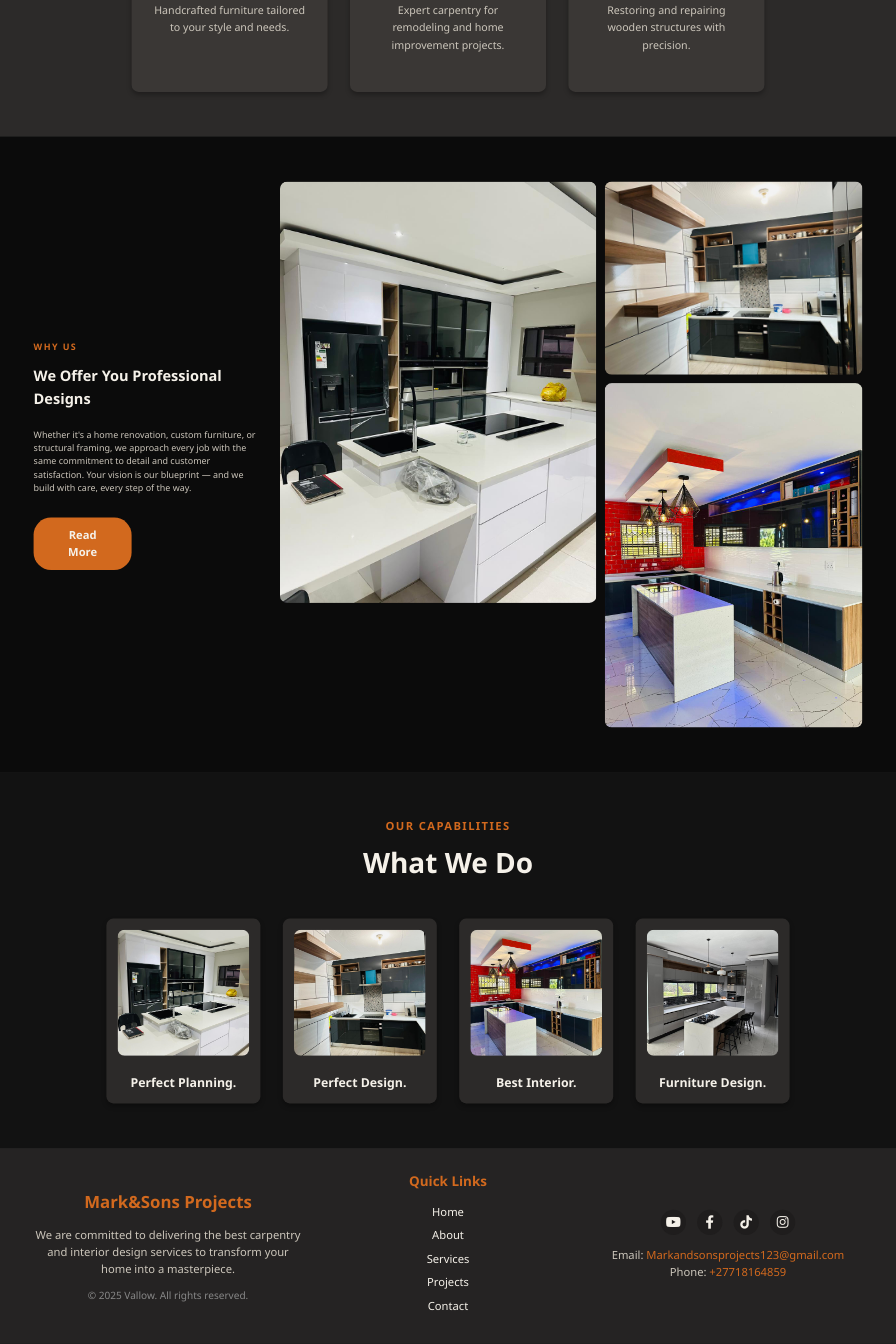
Repository: VallowEvido/Mark-SonsProjects
Page: home.html
The author's editor kept a copy of each file at every save. The page is drawn from the files as they stood at one save, then again after a run of saves.
The browser window is 1280 px wide. The pictures show the part of the page from y = 875 to 2795 px (the page is 2795 px tall before and 2761 px after), at 70% of full size.

Above is the page before, as saved 2025-07-18 22:00:18.

### home.html
<!DOCTYPE html>
<html lang="en">
<head>
  <meta charset="UTF-8" />
  <meta name="viewport" content="width=device-width, initial-scale=1" />
  <title>Mark&Sons Projects</title>
  <link rel="stylesheet" href="styles.css" />
  <link rel="stylesheet" href="https://cdnjs.cloudflare.com/ajax/libs/font-awesome/6.4.0/css/all.min.css" />
</head>
<body>
<nav>
  <div class="logo">Mark&Sons Projects</div>
  <ul>
    <li><a href="home.html" class="active">Home</a></li>
    <li><a href="about.html">About</a></li>
    <li><a href="#">Services</a></li>
    <li><a href="projects.html">Projects</a></li>
    <li><a href="contact.html">Contact</a></li>
  </ul>
</nav>

  <section class="hero">
    <div class="hero-content">
      <h1>Good Design for Stylish Living.<br />Make your home Modern.</h1>
      <p>We provide quality carpentry and interior design services to make your home beautiful and functional.</p>
      <a href="#services" class="btn">Our Services</a>
    </div>
  </section>

  <section id="services" class="services">
    <div class="service-card">
      <div class="service-icon"><i class="fas fa-pencil-alt"></i></div>
      <h3>Custom furniture</h3>
      <p>Handcrafted furniture tailored to your style and needs.</p>
    </div>
    <div class="service-card">
      <div class="service-icon"><i class="fas fa-paint-roller"></i></div>
      <h3>Home Renovations</h3>
      <p>Expert carpentry for remodeling and home improvement projects.</p>
    </div>
    <div class="service-card">
      <div class="service-icon"><i class="fas fa-bed"></i></div>
      <h3>Wood Repairs</h3>
      <p>Restoring and repairing wooden structures with precision.</p>
    </div>
  </section>

  <section class="why-us">
    <div class="why-us-content">
      <h5>WHY US</h5>
      <h2>We Offer You Professional Designs</h2>
      <p>Whether it's a home renovation, custom furniture, or structural framing, we approach every job with the same commitment to detail and customer satisfaction. Your vision is our blueprint — and we build with care, every step of the way.</p>
      <a href="#" class="btn btn-pink">Read More</a>
    </div>
    <div class="why-us-images">
      <div class="large-image">
        <img src="images/kitchen/IMG-20241116-WA0012.jpg" alt="Interior Design 1" />
      </div>
      <div class="small-images">
        <img src="images/kitchen/IMG-20241116-WA0014.jpg" alt="Interior Design 2" />
        <img src="images/kitchen/IMG-20241116-WA0015.jpg" alt="Interior Design 3" />
      </div>
    </div>
  </section>

  <section class="capabilities">
    <div class="capabilities-header">
      <h5>OUR CAPABILITIES</h5>
      <h2>What We Do</h2>
    </div>
    <div class="capabilities-cards">
      <div class="capability-card">
        <img src="images/kitchen/IMG-20241116-WA0012.jpg" alt="Perfect Planning" />
        <h3>Perfect Planning.</h3>
      </div>
      <div class="capability-card">
        <img src="images/kitchen/IMG-20241116-WA0014.jpg" alt="Perfect Design" />
        <h3>Perfect Design.</h3>
      </div>
      <div class="capability-card">
        <img src="images/kitchen/IMG-20241116-WA0015.jpg" alt="Best Interior" />
        <h3>Best Interior.</h3>
      </div>
      <div class="capability-card">
        <img src="images/kitchen/IMG-20241116-WA0016.jpg" alt="Furniture Design" />
        <h3>Furniture Design.</h3>
      </div>
    </div>
  </section>

  <footer class="site-footer">
    <div class="footer-container">
      <div class="footer-left">
        <h3>Mark&Sons Projects</h3>
        <p>We are committed to delivering the best carpentry and interior design services to transform your home into a masterpiece.</p>
        <p class="rights">© 2025 Vallow. All rights reserved.</p>
      </div>
      <div class="footer-center">
        <h4>Quick Links</h4>
        <ul class="footer-links">
          <li><a href="home.html">Home</a></li>
          <li><a href="about.html">About</a></li>
          <li><a href="services.html">Services</a></li>
          <li><a href="projects.html">Projects</a></li>
          <li><a href="contact.html">Contact</a></li>
        </ul>
      </div>
      <div class="footer-right">
        <div class="social-icons">
          <a href="#" aria-label="YouTube" class="youtube"><i class="fab fa-youtube"></i></a>
          <a href="#" aria-label="Facebook" class="facebook"><i class="fab fa-facebook-f"></i></a>
          <a href="#" aria-label="TikTok" class="tiktok"><i class="fab fa-tiktok"></i></a>
          <a href="#" aria-label="Instagram" class="instagram"><i class="fab fa-instagram"></i></a>
        </div>
        <div class="contact-details">
          <p>Email: <a href="mailto:info@markandsons.com">Markandsonsprojects123@gmail.com</a></p>
          <p>Phone: <a href="tel:+1234567890">+27718164859</a></p>
        </div>
      </div>
    </div>
  </footer>
</body>
</html>

Loaded but not shown: styles.css (1543 lines, source omitted)

After the next 3 saves:
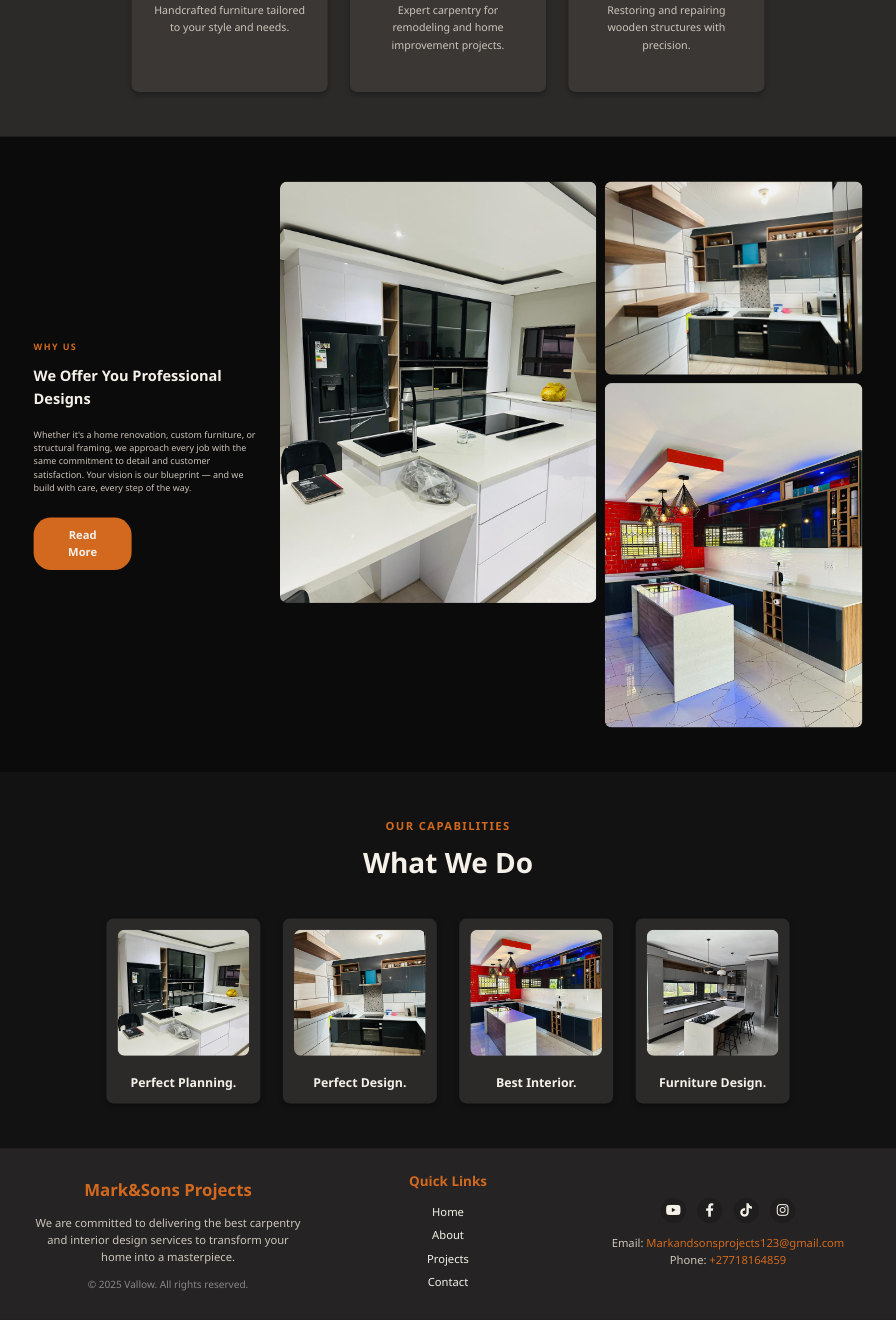
The 3 saves are shown as one change because they came seconds apart.
The last was saved 57 s later.
--- a/home.html
+++ b/home.html
@@ -100,7 +100,6 @@
         <ul class="footer-links">
           <li><a href="home.html">Home</a></li>
           <li><a href="about.html">About</a></li>
-          <li><a href="services.html">Services</a></li>
           <li><a href="projects.html">Projects</a></li>
           <li><a href="contact.html">Contact</a></li>
         </ul>
